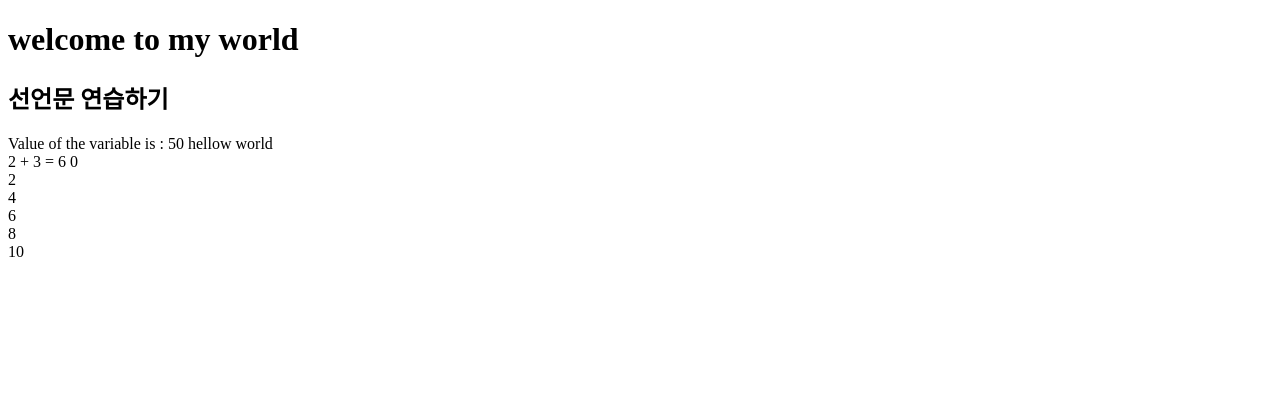
Repository: JeongYT/JSP
Page: http://localhost/jspproject/test1.jsp
An editor plug-in stored every save of this project. The page is shown before and after the next save, followed by the edit.
The browser window is 1280 px wide. The pictures show the whole page.
The page is served by Tomcat 9.

Above is the page before, as saved 2023-07-06 02:29:22.

After the next save:
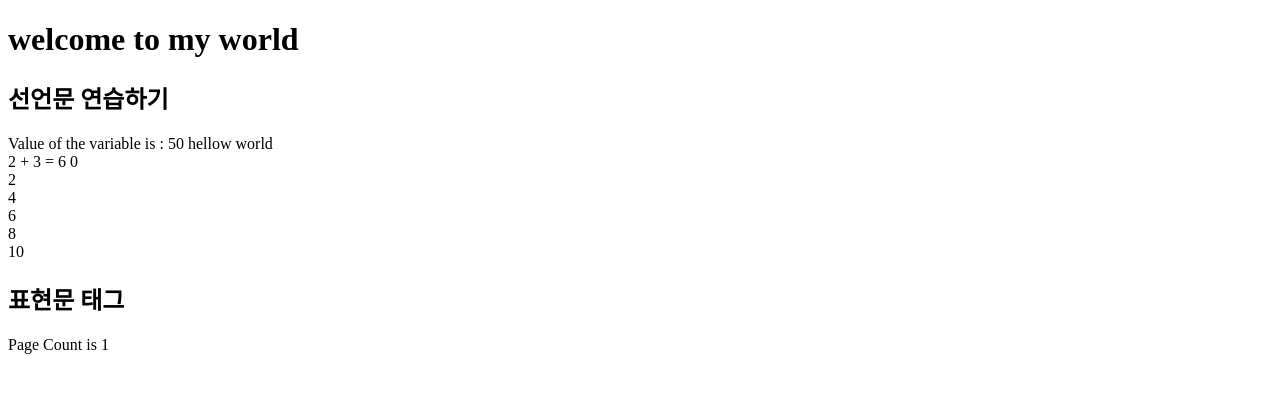
Saved 88 s later.
--- a/jspproject/src/main/webapp/test1.jsp
+++ b/jspproject/src/main/webapp/test1.jsp
@@ -7,8 +7,8 @@
 <title>Insert title here</title>
 </head>
 <body>
-	<h1>welcome to my world</h1>
-	<h2>선언문 연습하기</h2>
+	<h1> welcome to my world </h1>
+	<h2> 선언문 연습하기 </h2>
 	<%! int data = 50; %>
 	<%
 		out.println("Value of the variable is : " + data);
@@ -34,5 +34,8 @@
 				out.println(i + "<br>");
 		}
 	%>
+	<h2> 표현문 태그 </h2>
+	<% int count=0; %>
+	Page Count is <%= ++count %>
 </body>
 </html>
